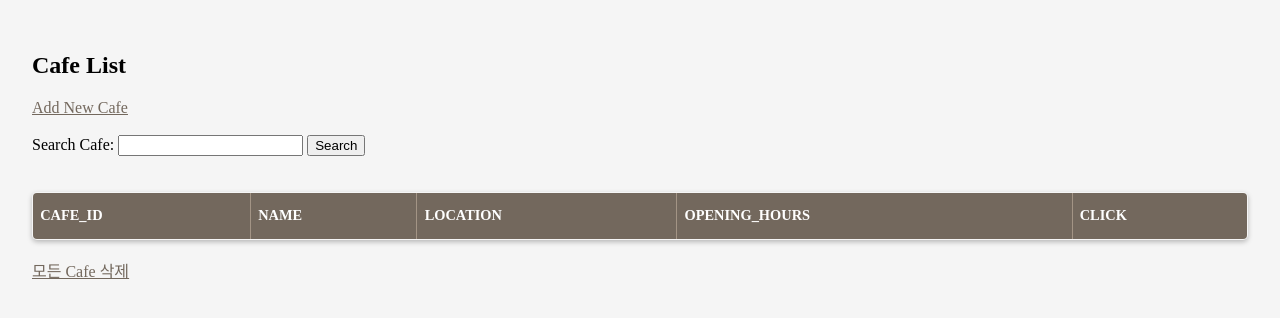
Repository: seungaeahn/SpringBoot
Page: http://localhost/cafeList
The author's editor kept a copy of each file at every save. The page is drawn from the files as they stood at one save, then again after the next save.
The browser window is 1280 px wide. The pictures show the whole page.
The page is this project's Thymeleaf template; nobody is signed in. The template is opened directly, without the code that normally fills it, so the values that code supplies are empty.

Above is the page before, as saved 2023-11-30 06:40:05.

### spring-JPA-Cafe/src/main/resources/templates/cafeList.html
<!DOCTYPE html>
<html xmlns="http://www.thymeleaf.org">
	<head>
		<meta charset="UTF-8">
		<title>Cafe List</title>
		<link rel="stylesheet" href="/css/styles.css" th:href="@{/css/styles.css}"/>
		<script th:inline="javascript">
			function checkdelete() {
				var checkdelete = confirm("카페들을 모두 삭제하시겠습니까?");
				if(checkdelete) {
					window.location.href='cafes/delete/all';
				}
			}
		</script>
	</head>
<body>
	<h2>Cafe List</h2>
		<a th:href="@{/cafes/new}">Add New Cafe</a>
		<br><br>
		<form th:action="@{/cafes}" method="get">
			<label>Search Cafe: </label>
			<input type="text" id="search" name="name"/>
			<button type="submit">Search</button>
		</form>
		<br><br>
		<table border="1">
			<tr th:each="cafe : ${cafes}"></tr>
		</table>


		<table border="1">
			<thead>
				<tr>
					<th>CAFE_ID</th>
					<th>NAME</th>
					<th>LOCATION</th>
					<th>OPENING_HOURS</th>
					<th>CLICK</th>
				</tr>
			</thead>
			<tbody>
				<tr th:each="cafe : ${cafes}">
					<td th:text="${cafe.cafeId}"></td>
					<td th:text="${cafe.name}"></td>
					<td th:text="${cafe.location}"></td>
					<td th:text="${cafe.opening_hours}"></td>
					<td>
					<a th:href="@{/cafes/details/{cafeId}(cafeId=${cafe.cafeId})}">View Details</a>
					<a th:href="@{/cafes/delete/{cafeId}(cafeId=${cafe.cafeId})}">Delete</a>
					</td>
				</tr>
			</tbody>

		</table>
		<br>
		<a href="#" th:onclick="checkdelete()">모든 Cafe 삭제</a>
</body>
</html>

### spring-JPA-Cafe/src/main/resources/static/css/styles.css
@charset "UTF-8";
body {
  padding:1.5em;
  background: #f5f5f5
}

table {
  border: 1px #a39485 solid;
  font-size: .9em;
  box-shadow: 0 2px 5px rgba(0,0,0,.25);
  width: 100%;
  border-collapse: collapse;
  border-radius: 5px;
  overflow: hidden;
}

th {
  text-align: left;
}

thead {
  font-weight: bold;
  color: #fff;
  background: #73685d;
}

 td, th {
  padding: 1em .5em;
  vertical-align: middle;
}

 td {
  border-bottom: 1px solid rgba(0,0,0,.1);
  background: #fff;
}

a {
  color: #73685d;
}

 @media all and (max-width: 768px) {

  table, thead, tbody, th, td, tr {
    display: block;
  }

  th {
    text-align: right;
  }

  table {
    position: relative;
    padding-bottom: 0;
    border: none;
    box-shadow: 0 0 10px rgba(0,0,0,.2);
  }

  thead {
    float: left;
    white-space: nowrap;
  }

  tbody {
    overflow-x: auto;
    overflow-y: hidden;
    position: relative;
    white-space: nowrap;
  }

  tr {
    display: inline-block;
    vertical-align: top;
  }

  th {
    border-bottom: 1px solid #a39485;
  }

  td {
    border-bottom: 1px solid #e5e5e5;
  }


  }

After the next save:
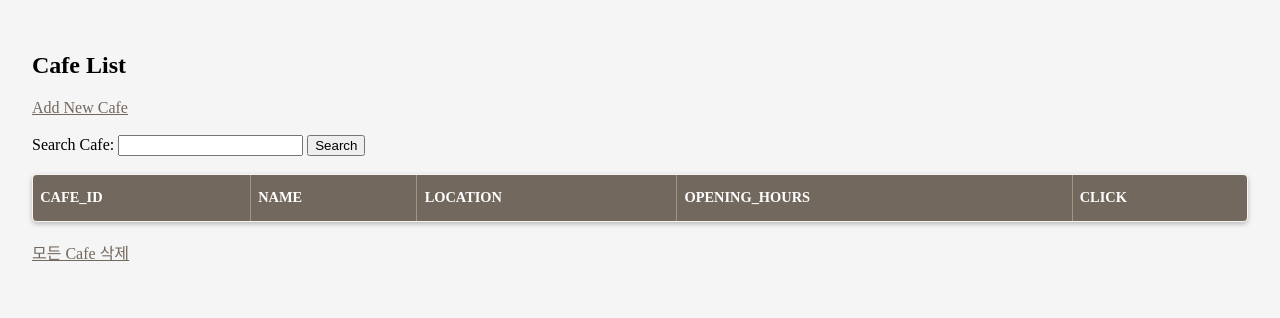
Saved 11 s later.
--- a/spring-JPA-Cafe/src/main/resources/templates/cafeList.html
+++ b/spring-JPA-Cafe/src/main/resources/templates/cafeList.html
@@ -22,7 +22,7 @@
 			<input type="text" id="search" name="name"/>
 			<button type="submit">Search</button>
 		</form>
-		<br><br>
+		<br>
 		<table border="1">
 			<tr th:each="cafe : ${cafes}"></tr>
 		</table>
